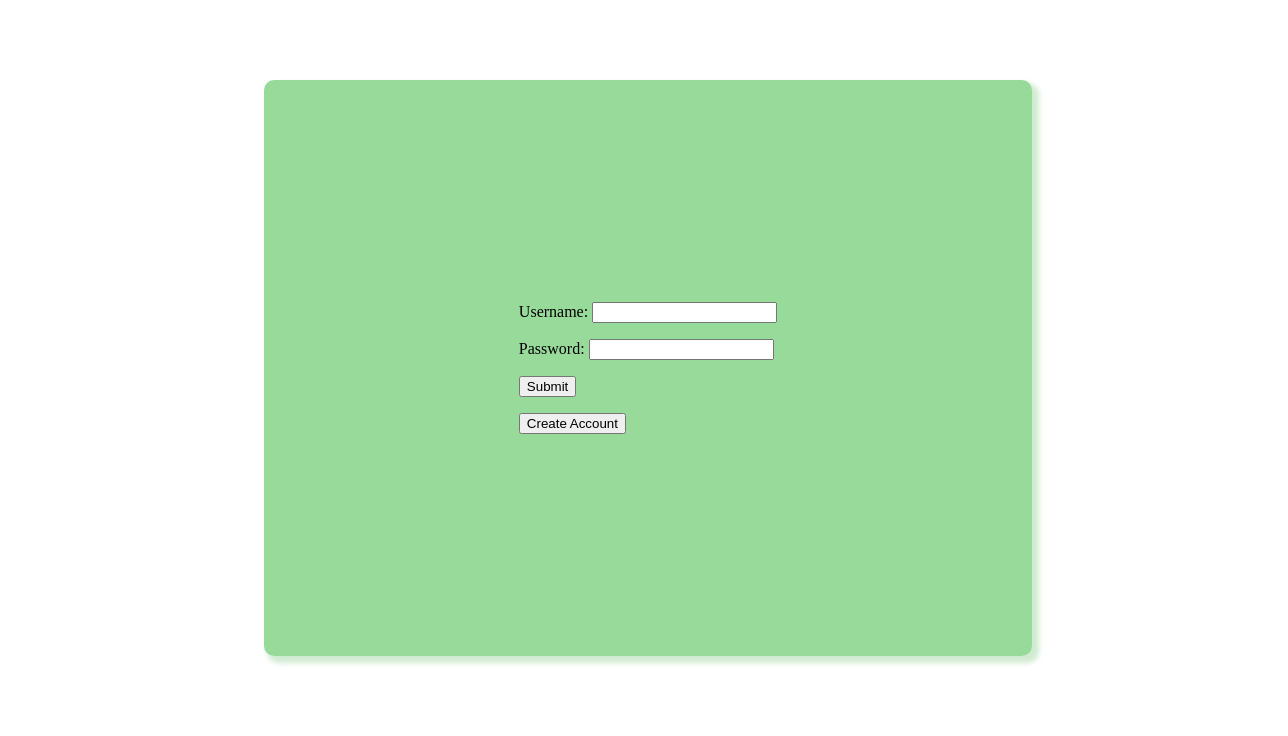
Repository: Jtho28/4830-group-project
Page: Esports-webproj/src/main/webapp/WEB-INF/Login.html
These files come from the project's save history. The page is drawn as it stood at one moment and after the next save; the edit follows.
The browser window is 1280 px wide. The page is 1288 px wide, so the pictures cover 1288 px, including what lies to the right of the window. The pictures show the whole page.

Above is the page before, as saved 2022-11-16 21:26:01.

After the next save:
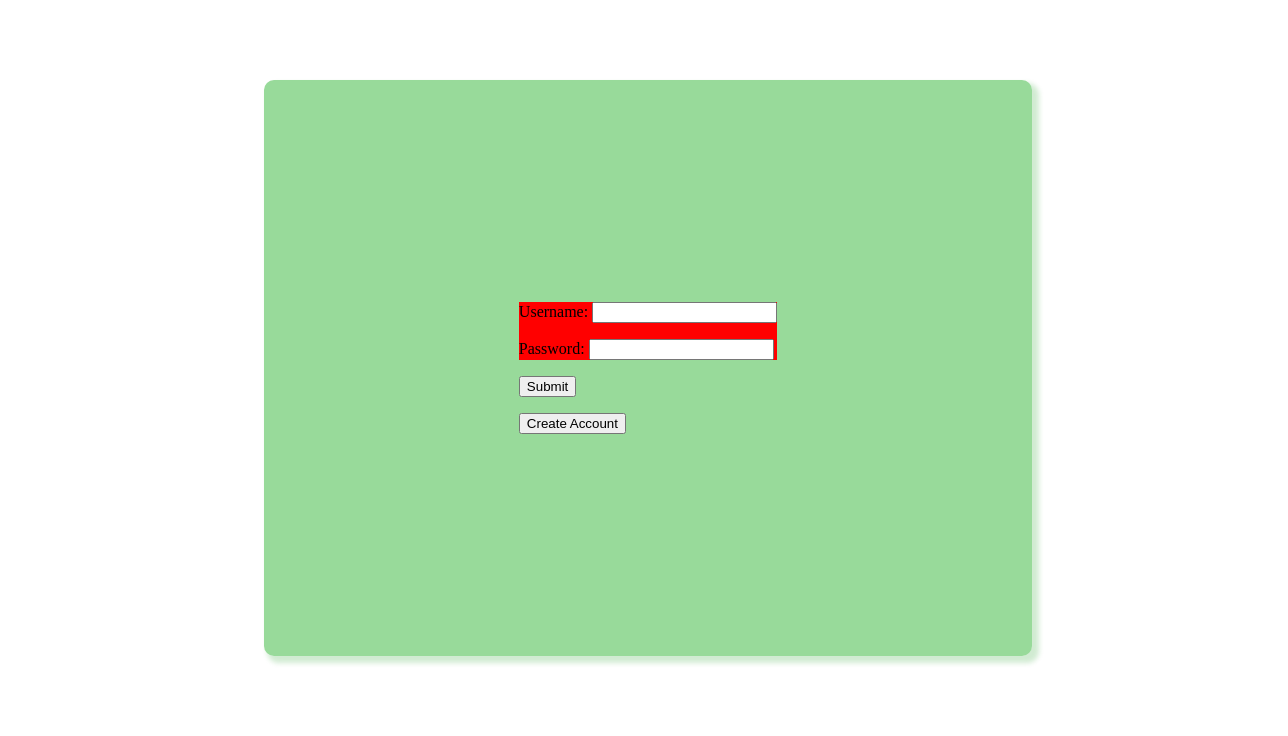
Saved 29 s later.
--- a/Esports-webproj/src/main/webapp/WEB-INF/login.css
+++ b/Esports-webproj/src/main/webapp/WEB-INF/login.css
@@ -26,8 +26,8 @@ body {
 	background: rgba(50, 181, 55, .5);
 }
 
-.login .fields {
-
+.login .fields{
+	background: red;
 }
 
 h1 {
